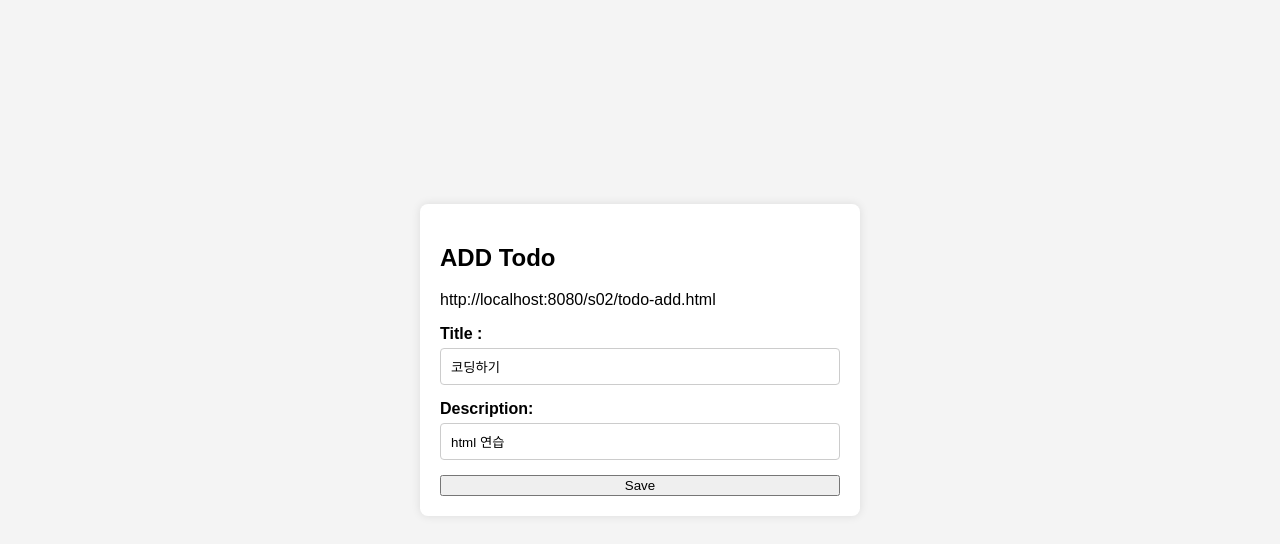
Repository: kimmingyeong225/totalJSP
Page: class_servlet_02/src/main/webapp/todo-add.html
These files come from the project's save history. The page is drawn as it stood at one moment and after the next save; the edit follows.
The browser window is 1280 px wide. The pictures show the whole page.

Above is the page before, as saved 2024-07-01 06:14:43.

After the next save:
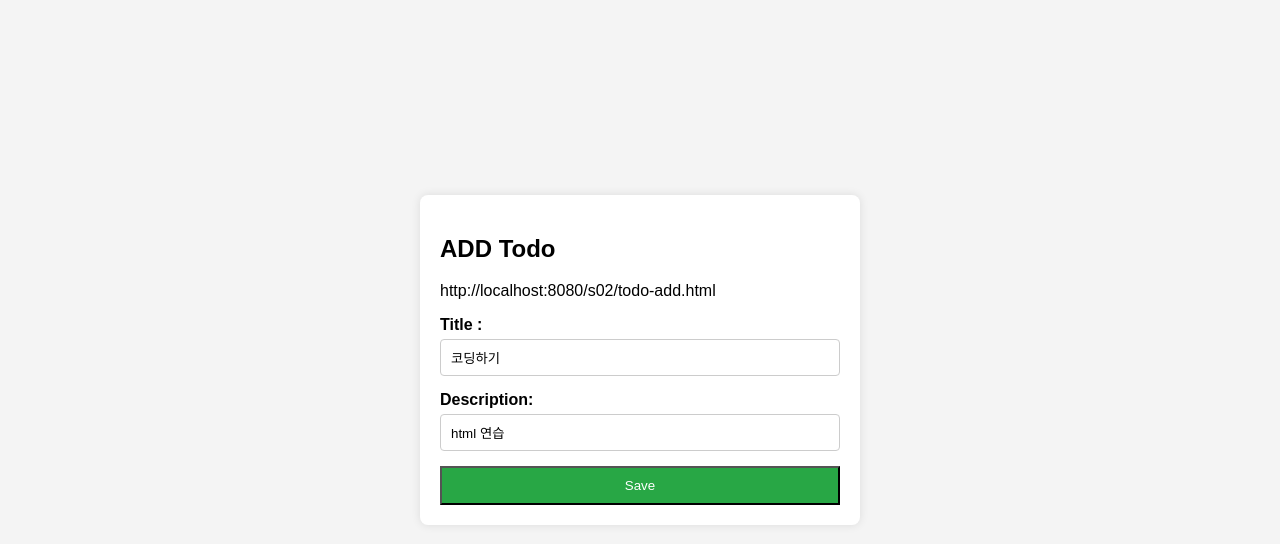
Saved 70 s later.
--- a/class_servlet_02/src/main/webapp/todo-add.html
+++ b/class_servlet_02/src/main/webapp/todo-add.html
@@ -43,6 +43,13 @@
 
 	}
 
+	button {
+		padding: 10px;
+		background-color:  #28a745;
+		color: white;
+		cursor: pointer;
+
+	}
 </style>
 </head>
 <body>
